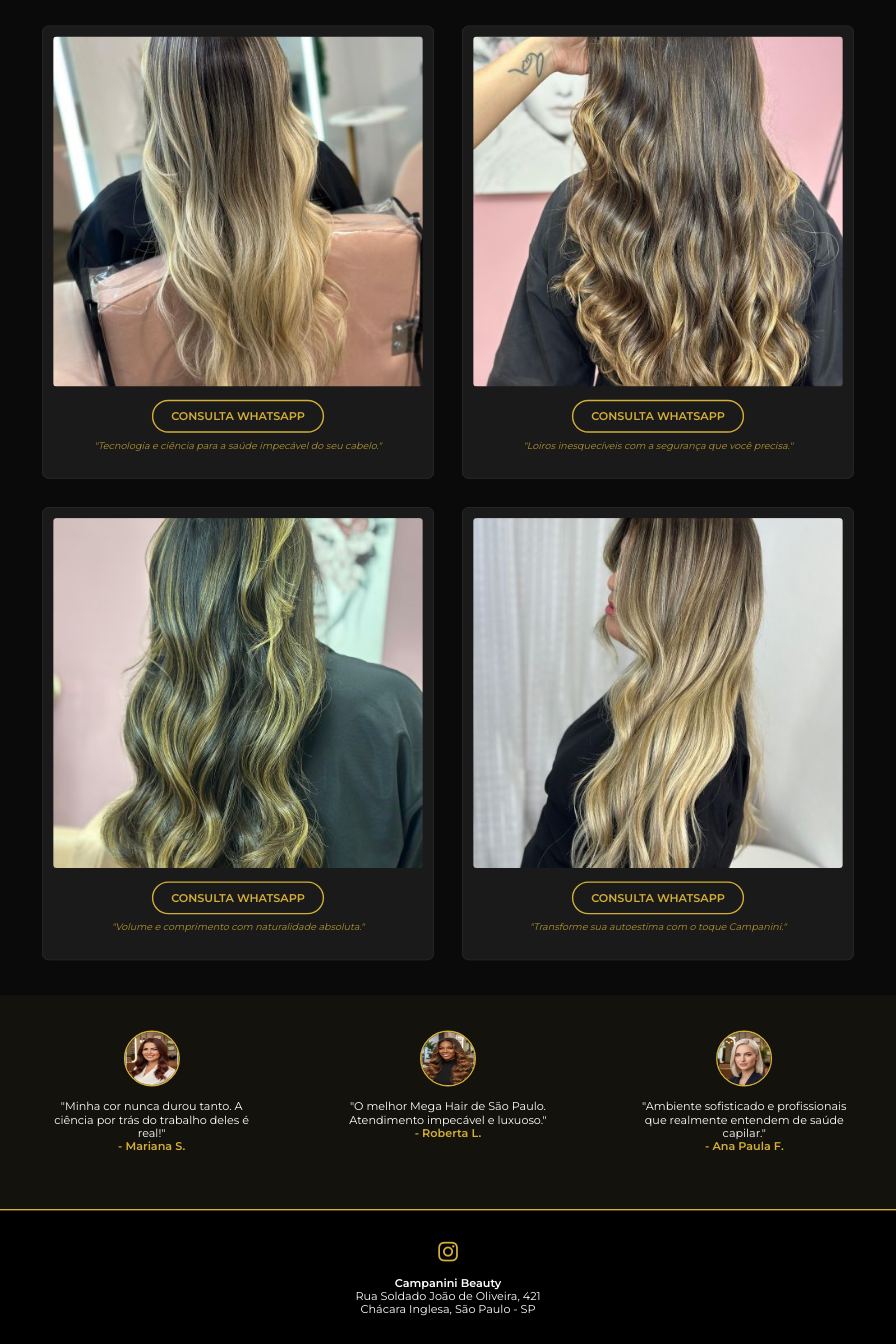
Repository: Sandro1969-tech/campanini-beauty
Page: index.html
The author's editor kept a copy of each file at every save. The page is drawn from the files as they stood at one save, then again after a run of saves.
The browser window is 1280 px wide. The pictures show the part of the page from y = 1393 to 3313 px (the page is 3313 px tall), at 70% of full size.

Above is the page before, as saved 2026-02-17 21:30:40.

### index.html
<!DOCTYPE html>
<html lang="pt-br">
<head>
    <meta charset="UTF-8">
    <meta name="viewport" content="width=device-width, initial-scale=1.0">
    <title>Campanini Beauty | Sofisticação e Ciência</title>
    <link rel="shortcut icon" href="assets/image/favicon.png" type="image/x-icon">
    <link href="https://fonts.googleapis.com/css2?family=Cinzel:wght@400;700&family=Montserrat:wght@300;400;600&display=swap" rel="stylesheet">
    <link rel="stylesheet" href="https://cdnjs.cloudflare.com/ajax/libs/font-awesome/6.0.0/css/all.min.css">

    <style>
        :root {
            --gold: #D4AF37;
            --gold-light: #F9E498;
            --black: #0a0a0a;
            --dark-gray: #1a1a1a;
            --white: #ffffff;
            --transition: all 0.3s ease;
        }
.header-topo {
    text-align: center;
    padding: 60px 20px;
    background-color: #fff; /* Ou a cor de fundo do seu site */
}

.owner-container {
    margin-top: 30px;
    display: inline-block; /* Mantém o conjunto centralizado */
}

.owner-img {
    width: 120px;         /* Tamanho da foto do proprietário */
    height: 120px;
    border-radius: 50%;   /* Deixa a foto redonda */
    object-fit: cover;
    border: 3px solid var(--gold); /* Borda dourada de luxo */
    display: block;
    margin: 0 auto 10px;  /* Centraliza a imagem e dá espaço para o texto abaixo */
    box-shadow: 0 4px 15px rgba(0,0,0,0.1); /* Sombra suave */
}

.owner-container span {
    font-size: 0.9rem;
    color: #666;
    text-transform: uppercase;
    letter-spacing: 1px;
    font-weight: bold;
}

/* Ajuste nos depoimentos para não colarem no topo */
.testimonials {
    display: flex;
    justify-content: center;
    gap: 30px;
    flex-wrap: wrap;
    padding: 40px;
    background-color: #f9f9f9;
}
Po
        /* Modo Escuro/Claro */
        body.light-mode {
            --black: #f4f4f4;
            --dark-gray: #ffffff;
            --white: #1a1a1a;
        }

        * { margin: 0; padding: 0; box-sizing: border-box; }

        body {
            background-color: var(--black);
            color: var(--white);
            font-family: 'Montserrat', sans-serif;
            transition: var(--transition);
            overflow-x: hidden;
        }

        /* Botão Dark Mode */
        .theme-toggle {
            position: fixed;
            top: 20px;
            right: 20px;
            z-index: 1000;
            background: var(--gold);
            border: none;
            padding: 10px;
            border-radius: 50%;
            cursor: pointer;
            color: var(--black);
            font-size: 1.2rem;
        }

        /* Título Pulsante */
        @keyframes pulse {
            0% { transform: scale(1); text-shadow: 0 0 0px var(--gold); }
            50% { transform: scale(1.05); text-shadow: 0 0 20px var(--gold); }
            100% { transform: scale(1); text-shadow: 0 0 0px var(--gold); }
        }

        .pulsing-title {
            font-family: 'Cinzel', serif;
            color: var(--gold);
            animation: pulse 3s infinite ease-in-out;
            text-align: center;
            font-size: 2.5rem;
            margin-bottom: 10px;
        }

        header {
            padding: 40px 20px;
            text-align: center;
            background: linear-gradient(rgba(0,0,0,0.7), rgba(0,0,0,0.7)), url('sua-foto-topo.jpg'); /* Adicione sua imagem aqui */
            background-size: cover;
            background-position: center;
            min-height: 80vh;
            display: flex;
            flex-direction: column;
            justify-content: center;
            align-items: center;
        }

        .logo { width: 200px; margin-bottom: 20px; }

        .subtitle {
            font-style: italic;
            letter-spacing: 2px;
            margin-bottom: 30px;
        }

        /* Grid de Imagens */
        .gallery-container {
            max-width: 1200px;
            margin: 50px auto;
            padding: 0 20px;
        }

        .services-grid {
            display: grid;
            grid-template-columns: repeat(2, 1fr);
            gap: 40px;
        }

        .service-card {
            text-align: center;
            background: var(--dark-gray);
            padding: 15px;
            border: 1px solid #333;
            border-radius: 10px;
            transition: var(--transition);
        }

        .service-card:hover { border-color: var(--gold); }

        .service-card img {
            width: 100%;
            height: 500px; /* Mantém a proporção comprida */
            object-fit: cover; /* Garante que a foto preencha sem distorcer */
            border-radius: 5px;
            margin-bottom: 15px;
        }

        /* Botão WhatsApp com Movimento */
        .btn-whatsapp {
            background-color: transparent;
            color: var(--gold);
            border: 2px solid var(--gold);
            padding: 12px 25px;
            border-radius: 50px;
            cursor: pointer;
            font-weight: 600;
            text-transform: uppercase;
            transition: all 0.4s cubic-bezier(0.175, 0.885, 0.32, 1.275);
            display: inline-block;
            text-decoration: none;
            margin-bottom: 10px;
        }

        .btn-whatsapp:hover {
            background-color: var(--gold);
            color: var(--black);
            transform: translateY(-5px) scale(1.1);
        }

        .compliment-trigger {
            font-size: 0.85rem;
            color: var(--gold);
            opacity: 0.8;
            font-style: italic;
            min-height: 40px;
        }

        /* Seção de Experiência */
        .experience-bar {
            background: var(--gold);
            color: var(--black);
            padding: 20px;
            text-align: center;
            font-weight: bold;
            margin: 40px 0;
        }

        /* Depoimentos */
        .testimonials {
            display: flex;
            justify-content: space-around;
            flex-wrap: wrap;
            padding: 50px 20px;
            background: rgba(212, 175, 55, 0.05);
        }

        .testimonial-card {
            width: 300px;
            text-align: center;
            margin-bottom: 30px;
        }

        .testimonial-card img {
            width: 80px;
            height: 80px;
            border-radius: 50%;
            border: 2px solid var(--gold);
            margin-bottom: 15px;
        }

        /* WhatsApp Flutuante */
        .whatsapp-float {
            position: fixed;
            bottom: 30px;
            left: 30px;
            background: #25d366;
            color: white;
            width: 60px;
            height: 60px;
            border-radius: 50%;
            display: flex;
            align-items: center;
            justify-content: center;
            font-size: 30px;
            z-index: 999;
            box-shadow: 2px 2px 10px rgba(0,0,0,0.5);
            transition: transform 0.8s ease;
        }

        .whatsapp-float.rotate { transform: rotate(360deg); }

        footer {
            background: #000;
            padding: 40px 20px;
            text-align: center;
            border-top: 2px solid var(--gold);
        }

        .social-link {
            font-size: 2rem;
            color: var(--gold);
            margin-bottom: 15px;
            display: block;
        }

        @media (max-width: 768px) {
            .services-grid { grid-template-columns: 1fr; }
            .pulsing-title { font-size: 1.8rem; }
        }
    </style>
</head>
<body>


    <header>
        <img src="assets/image/Logo escrito 'Campan.png" alt="Campanini Beauty Logo" class="logo">
        <h1 class="pulsing-title">Campanini Beauty</h1>
        <p class="subtitle">Cabelos que unem sofisticação, beleza e ciência</p>
<div class="owner-container">
        <img src="assets/image/principal.jpg" alt="Nome do Proprietário" class="owner-img">
        <span>Especialista Responsável</span>
    </div>    </header>

    <div class="experience-bar">
        MECHAS • MEGA HAIR • ESCOVAS • TRATAMENTOS • COLORACÃO • TONALIZACÃO • CORTE • ALISAMENTOS • BOTOX CAPILAR
    </div>

    <main class="gallery-container">
        <div class="services-grid">
            <div class="service-card">
                <img src="assets/image/imagem1.jpg" alt="Serviço Campanini">
                <a href="https://wa.me/5511916279378" class="btn-whatsapp">Consulta WhatsApp</a>
                <p class="compliment-trigger">"O brilho que seu rosto merece, refletido em cada fio."</p>
            </div>
            <div class="service-card">
                <img src="assets/image/imagem2.jpg" alt="Serviço Campanini">
                <a href="https://wa.me/5511916279378" class="btn-whatsapp">Consulta WhatsApp</a>
                <p class="compliment-trigger">"A elegância de um corte que transborda confiança."</p>
            </div>
            <div class="service-card">
                <img src="assets/image/imagem3.jpg" alt="Serviço Campanini">
                <a href="https://wa.me/5511916279378" class="btn-whatsapp">Consulta WhatsApp</a>
                <p class="compliment-trigger">"Tecnologia e ciência para a saúde impecável do seu cabelo."</p>
            </div>
            <div class="service-card">
                <img src="assets/image/imagem4.jpg" alt="Serviço Campanini">
                <a href="https://wa.me/5511916279378" class="btn-whatsapp">Consulta WhatsApp</a>
                <p class="compliment-trigger">"Loiros inesquecíveis com a segurança que você precisa."</p>
            </div>
            <div class="service-card">
                <img src="assets/image/imagem5.jpg" alt="Serviço Campanini">
                <a href="https://wa.me/5511916279378" class="btn-whatsapp">Consulta WhatsApp</a>
                <p class="compliment-trigger">"Volume e comprimento com naturalidade absoluta."</p>
            </div>
            <div class="service-card">
                <img src="assets/image/imagem6.jpg" alt="Serviço Campanini">
                <a href="https://wa.me/5511916279378" class="btn-whatsapp">Consulta WhatsApp</a>
                <p class="compliment-trigger">"Transforme sua autoestima com o toque Campanini."</p>
            </div>
        </div>
    </main>

    <section class="testimonials">
        <div class="testimonial-card">
            <img src="assets/image/img1.png" alt="Cliente">
            <p>"Minha cor nunca durou tanto. A ciência por trás do trabalho deles é real!"</p>
            <strong style="color:var(--gold)">- Mariana S.</strong>
        </div>
        <div class="testimonial-card">
            <img src="assets/image/img2.png" alt="Cliente">
            <p>"O melhor Mega Hair de São Paulo. Atendimento impecável e luxuoso."</p>
            <strong style="color:var(--gold)">- Roberta L.</strong>
        </div>
        <div class="testimonial-card">
            <img src="assets/image/img3.png" alt="Cliente">
            <p>"Ambiente sofisticado e profissionais que realmente entendem de saúde capilar."</p>
            <strong style="color:var(--gold)">- Ana Paula F.</strong>
        </div>
    </section>

    <footer>
        <a href="https://instagram.com/vanessacampaninicabelos?igsh=MWc0bW40cGh2cjNrbQ==" class="social-link"><i class="fab fa-instagram"></i></a>
        <p><strong>Campanini Beauty</strong></p>
        <p>Rua Soldado João de Oliveira, 421<br>Chácara Inglesa, São Paulo - SP</p>
    </footer>

    <a href="https://wa.me/5511916279378" class="whatsapp-float" target="_blank" id="wa-float" onclick="rotateIcon(event)">
        <i class="fab fa-whatsapp"></i>
    </a>

    <script>

        // Rotação do Ícone de WhatsApp
        function rotateIcon(e) {
            const el = document.getElementById('wa-float');
            el.classList.add('rotate');
            setTimeout(() => {
                el.classList.remove('rotate');
            }, 800);
        }

        // Efeito de Revelação ao Rolar
        window.addEventListener('scroll', () => {
            const cards = document.querySelectorAll('.service-card');
            cards.forEach(card => {
                const cardTop = card.getBoundingClientRect().top;
                if(cardTop < window.innerHeight - 100) {
                    card.style.opacity = '1';
                    card.style.transform = 'translateY(0)';
                }
            });
        });
    </script>
</body>
</html>

After the next 2 saves:
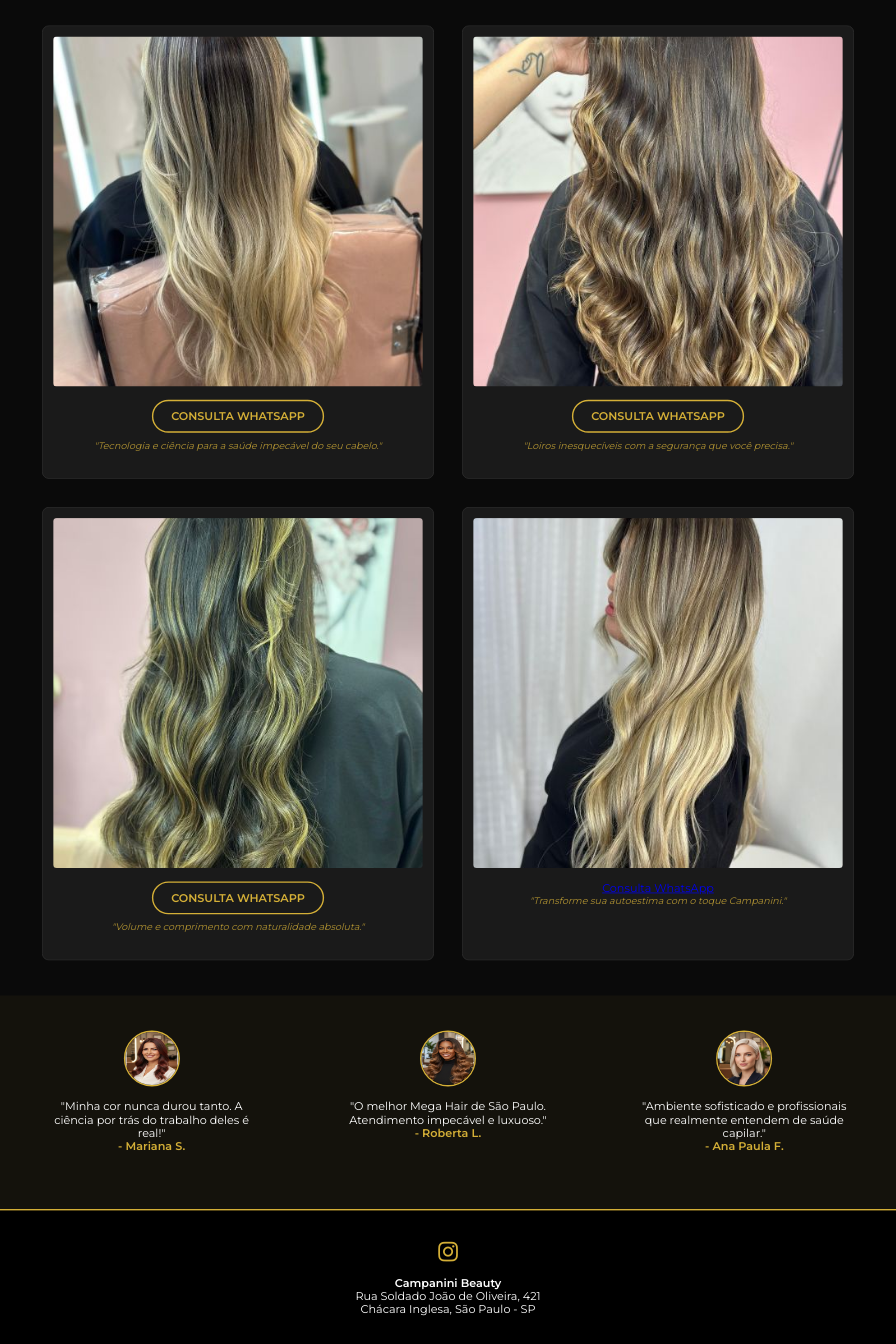
The 2 saves are shown as one change because they came seconds apart.
The last was saved 23 s later.
--- a/index.html
+++ b/index.html
@@ -307,7 +307,7 @@
             </div>
             <div class="service-card">
                 <img src="assets/image/imagem6.jpg" alt="Serviço Campanini">
-                <a href="https://wa.me/5511916279378" class="btn-whatsapp">Consulta WhatsApp</a>
+                <a href="https://wa.me/5511916279378" target="btn-whatsapp">Consulta WhatsApp</a>
                 <p class="compliment-trigger">"Transforme sua autoestima com o toque Campanini."</p>
             </div>
         </div>

After the save that followed:
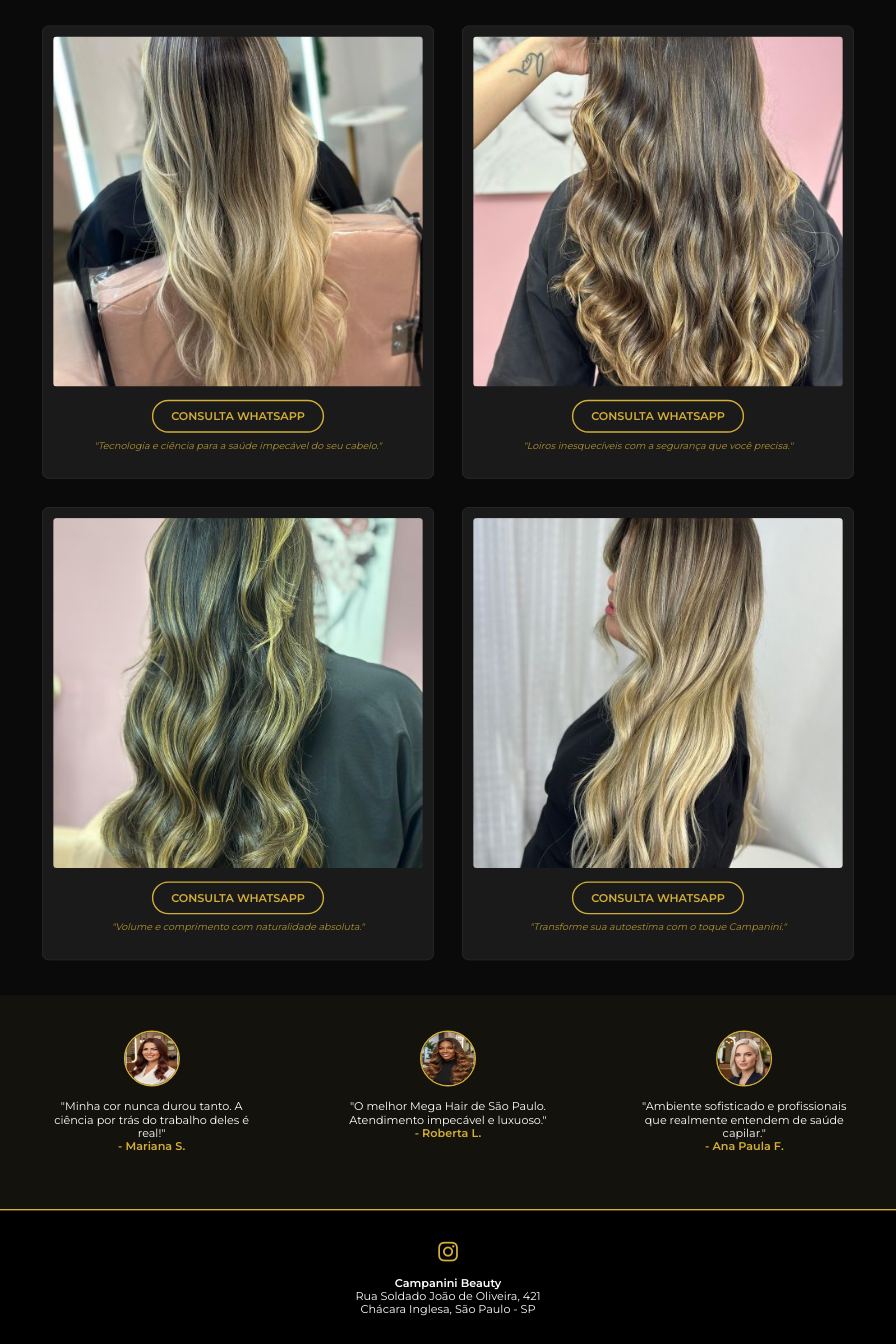
Saved 4 s later.
--- a/index.html
+++ b/index.html
@@ -307,7 +307,7 @@
             </div>
             <div class="service-card">
                 <img src="assets/image/imagem6.jpg" alt="Serviço Campanini">
-                <a href="https://wa.me/5511916279378" target="btn-whatsapp">Consulta WhatsApp</a>
+                <a href="https://wa.me/5511916279378" target="_blank" class="btn-whatsapp">Consulta WhatsApp</a>
                 <p class="compliment-trigger">"Transforme sua autoestima com o toque Campanini."</p>
             </div>
         </div>
